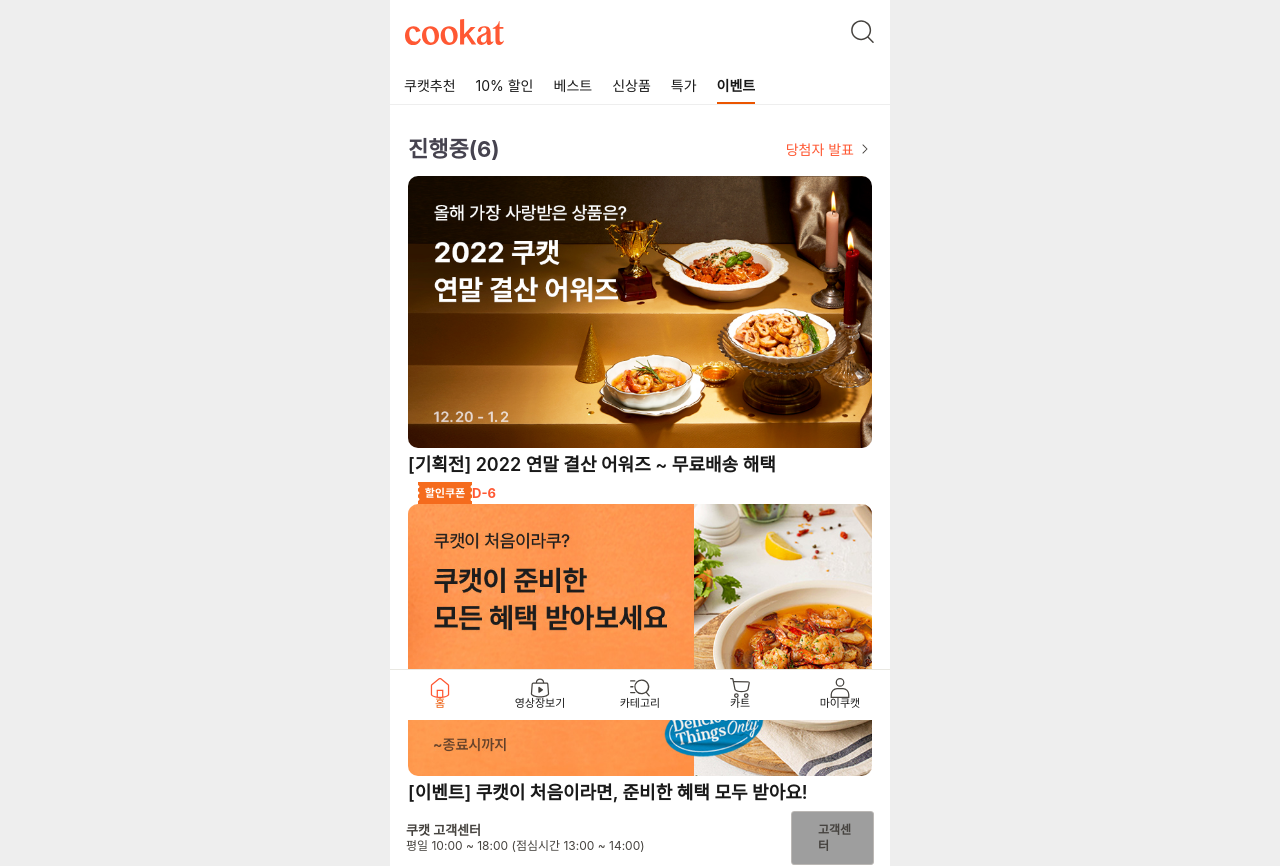
Repository: CooKat/Cookat
Page: event.html
An editor plug-in stored every save of this project. The page is shown before and after the next save, followed by the edit.
The browser window is 1280 px wide. The pictures show the part of the page from y = 0 to 866 px (the page is 1655 px tall before and 1679 px after).
Pictures or frames that could not be fetched are drawn as grey boxes. A picture or video elsewhere on the page could not be fetched, so the positions and the page height are approximate. Some web fonts or font styles are not loaded; a fallback is used.

Above is the page before, as saved 2022-12-27 21:03:33.
Not found: js/ex1.js

After the next save:
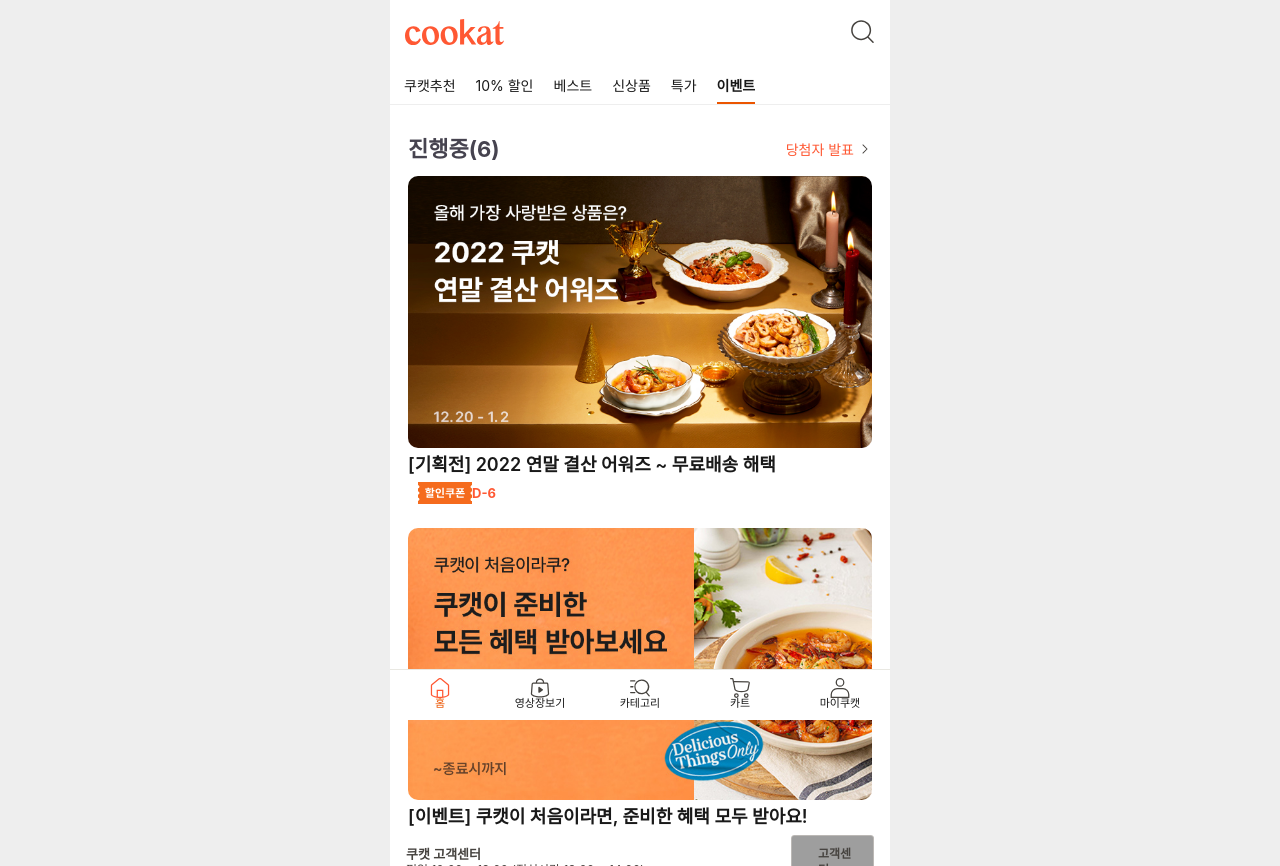
Saved 18 s later.
--- a/css/event.css
+++ b/css/event.css
@@ -55,6 +55,7 @@
   margin-top:var(--spacing-xxs);
   display: flex;
   flex-flow: row nowrap;
+  margin-bottom: var(--spacing-xl);
 }
 
 .item-list-item svg{
